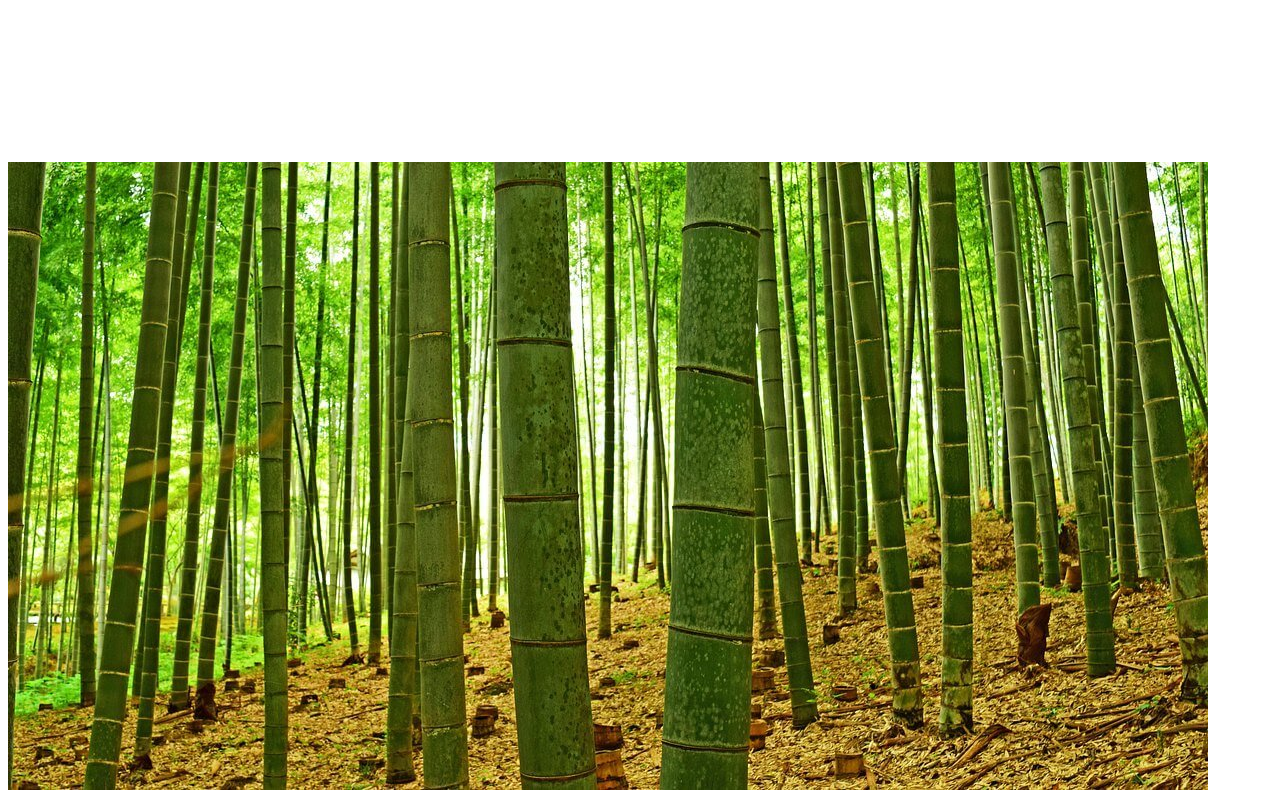
Repository: tanasa-mircea/playground
Page: canvas-filters/index.html
The author's editor kept a copy of each file at every save. The page is drawn from the files as they stood at one save, then again after the next save.
The browser window is 1280 px wide. The pictures show the whole page.

Above is the page before, as saved 2019-02-08 10:52:31.
Console error (its wording comes from the project's code and is left out).

### canvas-filters/index.html
<!DOCTYPE html>
<html>
<head>
  <meta charset="utf-8">
  <meta http-equiv="X-UA-Compatible" content="IE=edge">
  <title>Page Title</title>
  <meta name="viewport" content="width=device-width, initial-scale=1">
</head>
<body>
  <canvas id="myCanvas"></canvas>
  <img id="image scream" src="bamboo.jpg" alt="">

  <script src="main.js"></script>
</body>
</html>

### canvas-filters/main.js
var config = {
  canvasWidth: 1200,
  canvasHeight: 600
}

var canvas,
    canvasContext,
    image;

function initCanvas() {
  canvas = document.getElementById("canvas");
  // canvas.height = config.canvasHeight;
  // canvas.width = config.canvasWidth;

  canvasContext = canvas.getContext("2d");
  image = document.getElementById("image");
  debugger
  canvasContext.drawImage(image, config.canvasWidth, config.canvasHeight, 0, 0);
}

// window.onload = function() {
//   initCanvas();
// }

window.onload = function() {
  var c = document.getElementById("myCanvas");
  var ctx = c.getContext("2d");
  var img = document.getElementById("scream");
  ctx.drawImage(img, 10, 10, 150, 180);
}

After the next save:
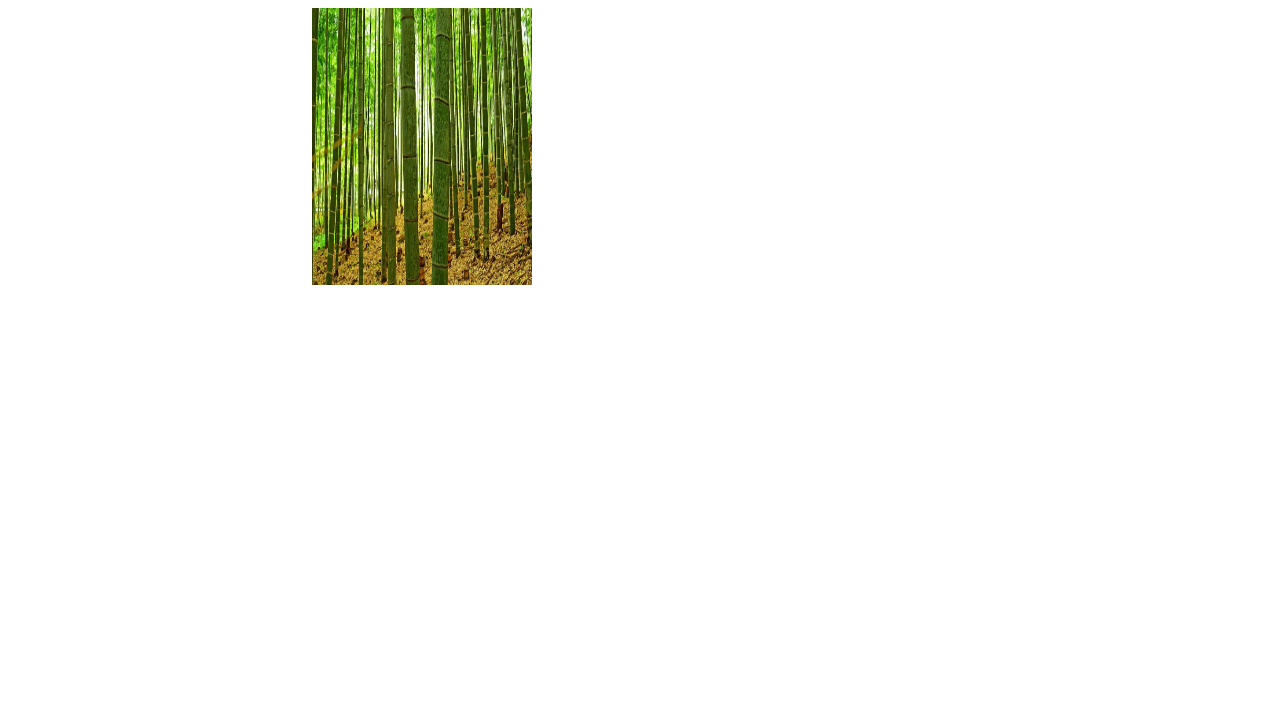
Saved 19 s later.
--- a/canvas-filters/index.html
+++ b/canvas-filters/index.html
@@ -8,7 +8,8 @@
 </head>
 <body>
   <canvas id="myCanvas"></canvas>
-  <img id="image scream" src="bamboo.jpg" alt="">
+  <img id="image scream" src="bamboo.jpg" alt=""  width="220" height="277" >
+
 
   <script src="main.js"></script>
 </body>
